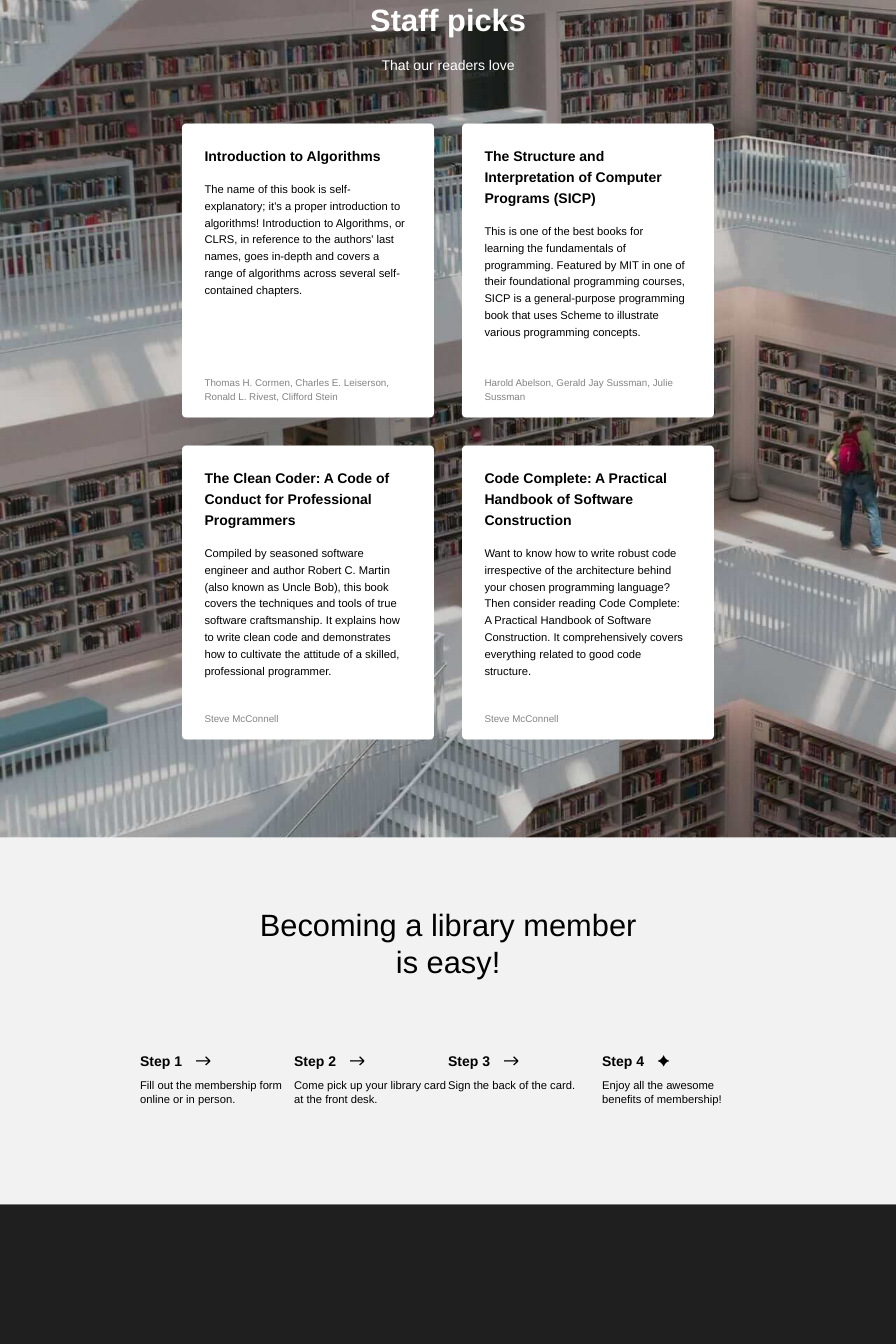
Repository: MWilliams-26/se_project_library
Page: index.html
These files come from the project's save history. The page is drawn as it stood at one moment and after the next save; the edit follows.
The browser window is 1280 px wide. The pictures show the part of the page from y = 1642 to 3562 px (the page is 3562 px tall before and 3542 px after), at 70% of full size.

Above is the page before, as saved 2023-04-03 23:33:51.

After the next save:
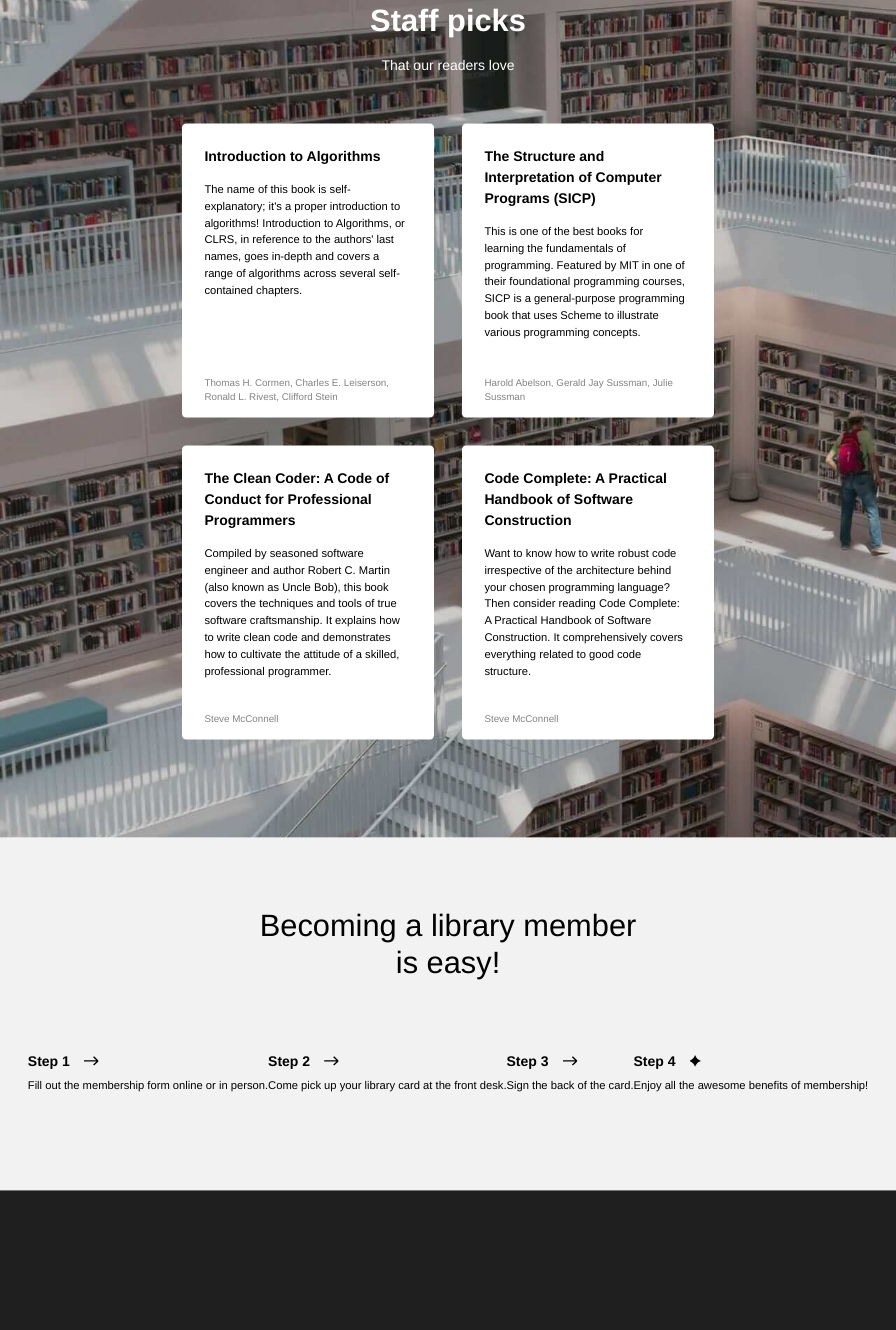
Saved 27 s later.
--- a/styles/style.css
+++ b/styles/style.css
@@ -325,9 +325,7 @@
 .step {
   display: wrap;
   gap: 40px;
-  flex-basis: 220px;
-  justify-content: space-between;
-  align-items: center;
+  max-block-size: 220px;
 
   /* Add styles */
 }

After the save that followed:
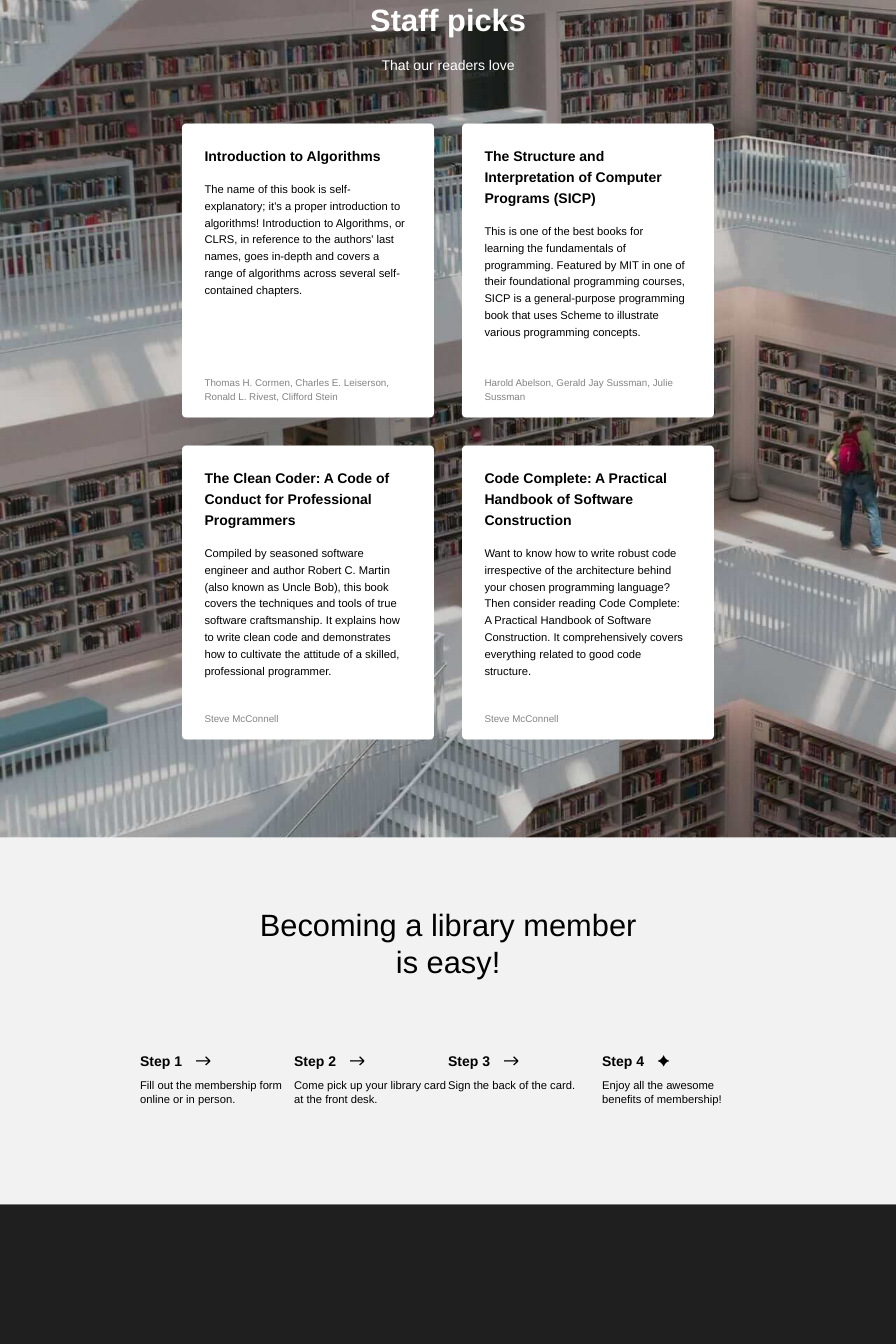
Saved 25 s later.
--- a/styles/style.css
+++ b/styles/style.css
@@ -325,7 +325,7 @@
 .step {
   display: wrap;
   gap: 40px;
-  max-block-size: 220px;
+  flex-basis: 220px;
 
   /* Add styles */
 }
